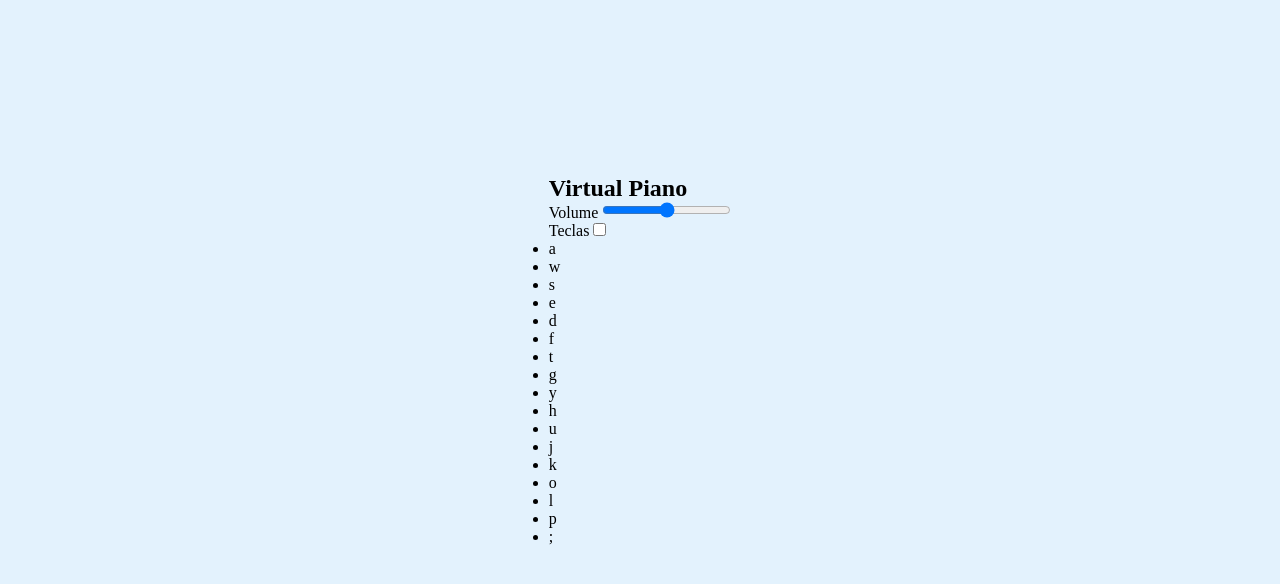
Repository: gustavotwist/simulador-piano
Page: index.html
The author's editor kept a copy of each file at every save. The page is drawn from the files as they stood at one save, then again after a run of saves.
The browser window is 1280 px wide. The pictures show the whole page.

Above is the page before, as saved 2024-11-27 18:32:50.

### index.html
<!DOCTYPE html>
<html lang="pt-br">
<head>
    <meta charset="UTF-8">
    <meta name="viewport" content="width=device-width, initial-scale=1.0">
    <title>Piano Simulator</title>

    <link rel="stylesheet" href="./src/styles/reset.css">
    <link rel="stylesheet" href="./src/styles/main.css">
</head>

<body>
    <div class="container">
        <header>
            <h2>Virtual Piano</h2>
            <div class="column volume-slider">
                <span>Volume</span> <input type="range">
            </div>
            <div class="column keys-check">
                <span>Teclas</span> <input type="checkbox" cheked>
            </div>
        </header>
        <ul class="piano-keys">
            <li class="key"><span>a</span></li>
            <li class="key"><span>w</span></li>
            <li class="key white"><span>s</span></li>
            <li class="key black"><span>e</span></li>
            <li class="key white"><span>d</span></li>
            <li class="key black"><span>f</span></li>
            <li class="key white"><span>t</span></li>
            <li class="key black"><span>g</span></li>
            <li class="key white"><span>y</span></li>
            <li class="key black"><span>h</span></li>
            <li class="key white"><span>u</span></li>
            <li class="key black"><span>j</span></li>
            <li class="key white"><span>k</span></li>
            <li class="key black"><span>o</span></li>
            <li class="key white"><span>l</span></li>
            <li class="key black"><span>p</span></li>
            <li class="key white"><span>;</span></li>
        </ul>

    </div>

    <script src="./src/scripts/engine.js"></script>
</body>
</html>

### src/styles/main.css
body {
    display: flex;
    align-items: center;
    justify-content: center;
    min-height: 100vh;
    background-color: #e3f2fd;
}

Loaded but not shown: src/styles/reset.css (common file); src/scripts/engine.js (no copy from this time; the picture is the same without it)

After the next 12 saves:
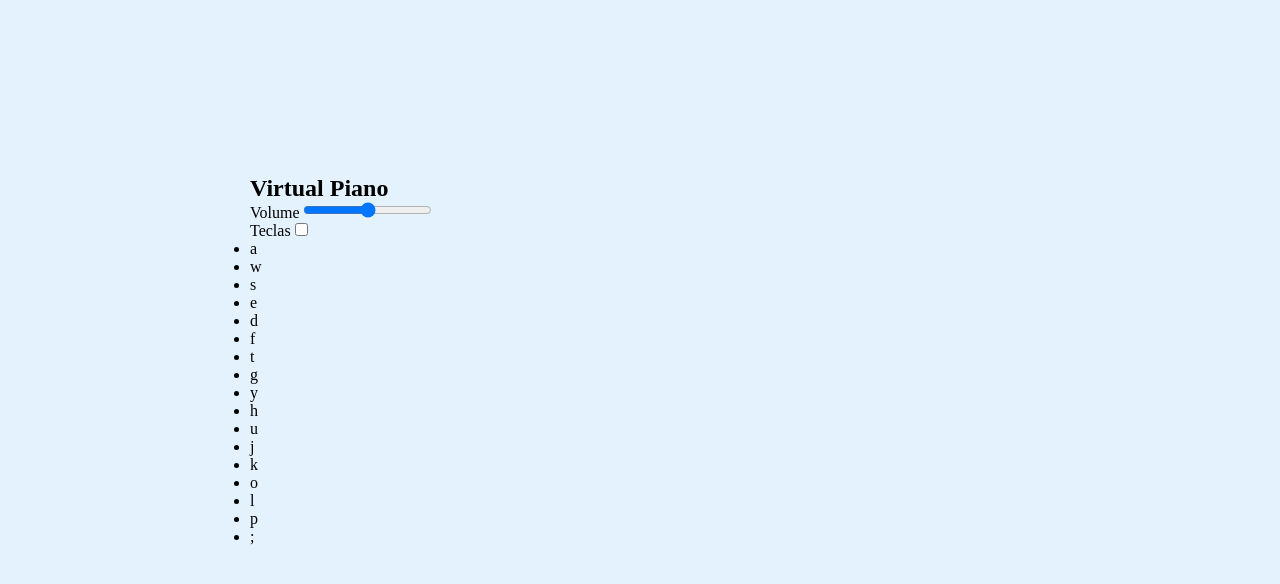
The 12 saves are shown as one change because they came seconds apart.
The last was saved 26 s later.
--- a/src/styles/main.css
+++ b/src/styles/main.css
@@ -5,3 +5,8 @@ body {
     min-height: 100vh;
     background-color: #e3f2fd;
 }
+
+.container {
+    width: 780px;
+
+}
